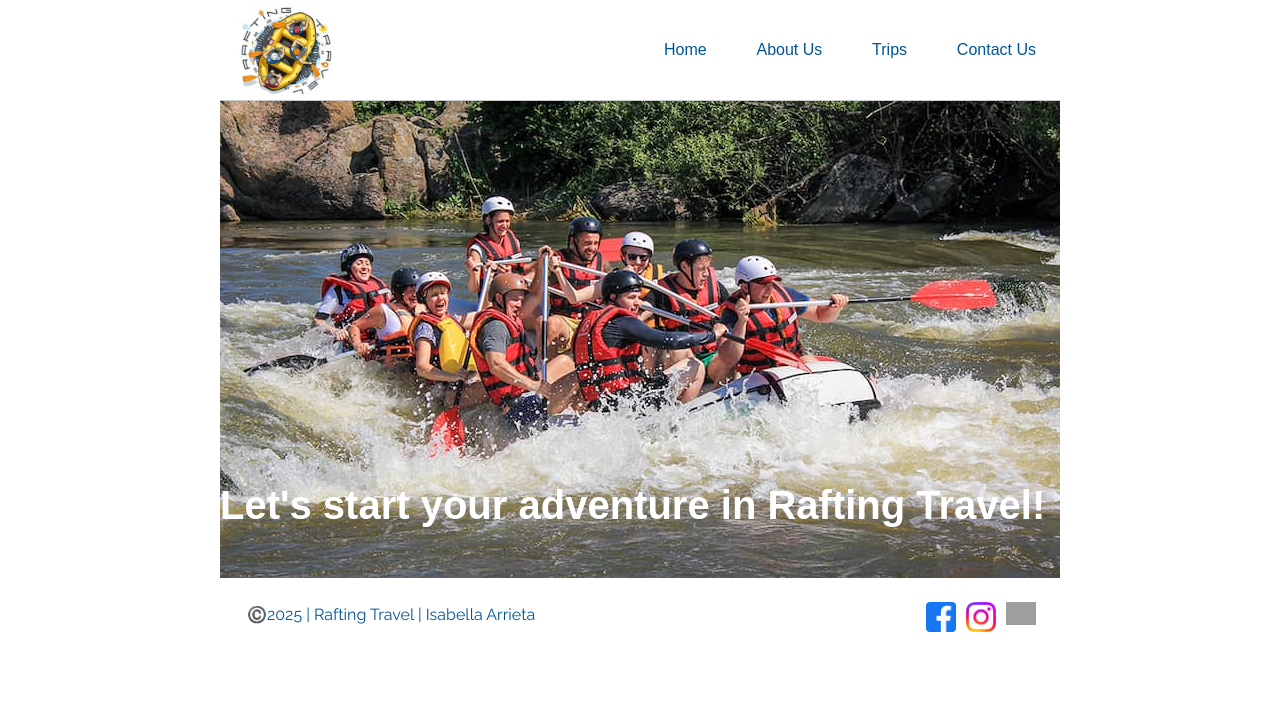
Repository: isaAJ05/wdd130
Page: wwr/index.html
An editor plug-in stored every save of this project. The page is shown before and after the next save, followed by the edit.
The browser window is 1280 px wide. The pictures show the whole page.
Pictures or frames that could not be fetched are drawn as grey boxes. Some web fonts or font styles are not loaded; a fallback is used.

Above is the page before, as saved 2025-06-16 20:04:51.

After the next save:
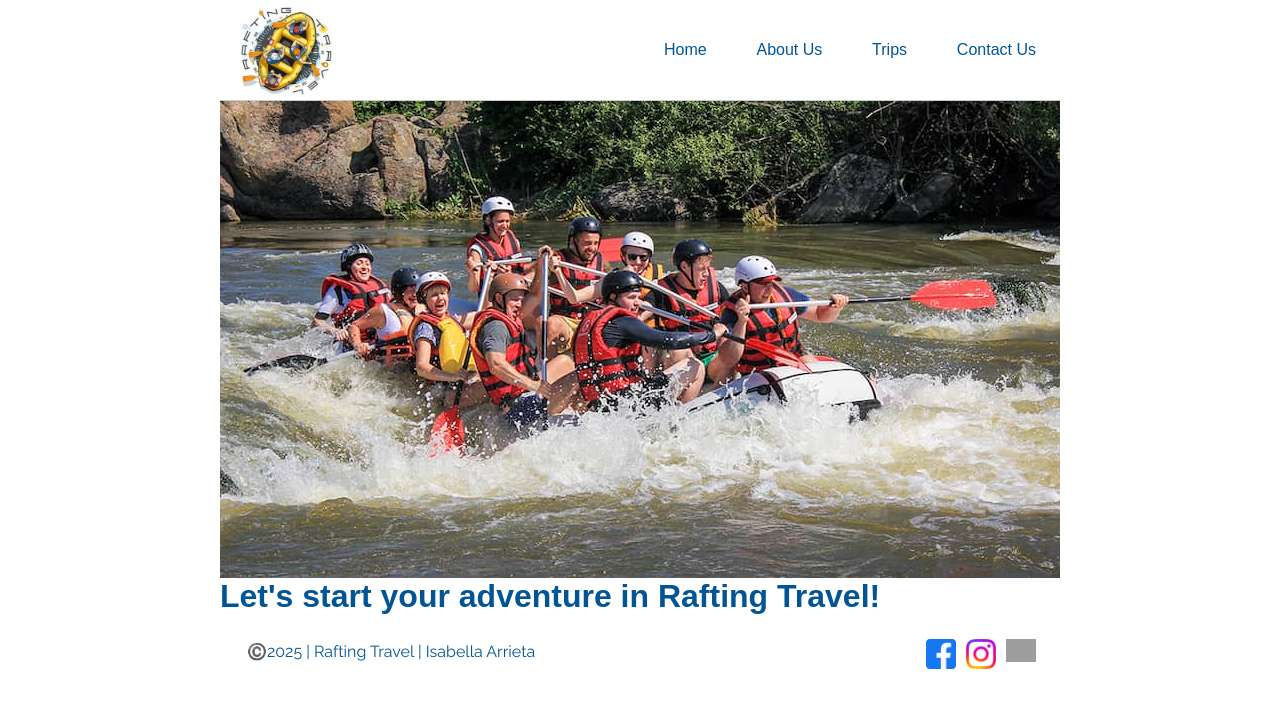
Saved 15 s later.
--- a/wwr/styles/rafting.css
+++ b/wwr/styles/rafting.css
@@ -466,7 +466,7 @@
   width: 100%;
   display: block;
 }
-.hero h1 {
+.hero h2 {
   position: absolute;
   top: 80%;
   color: white;

After the save that followed:
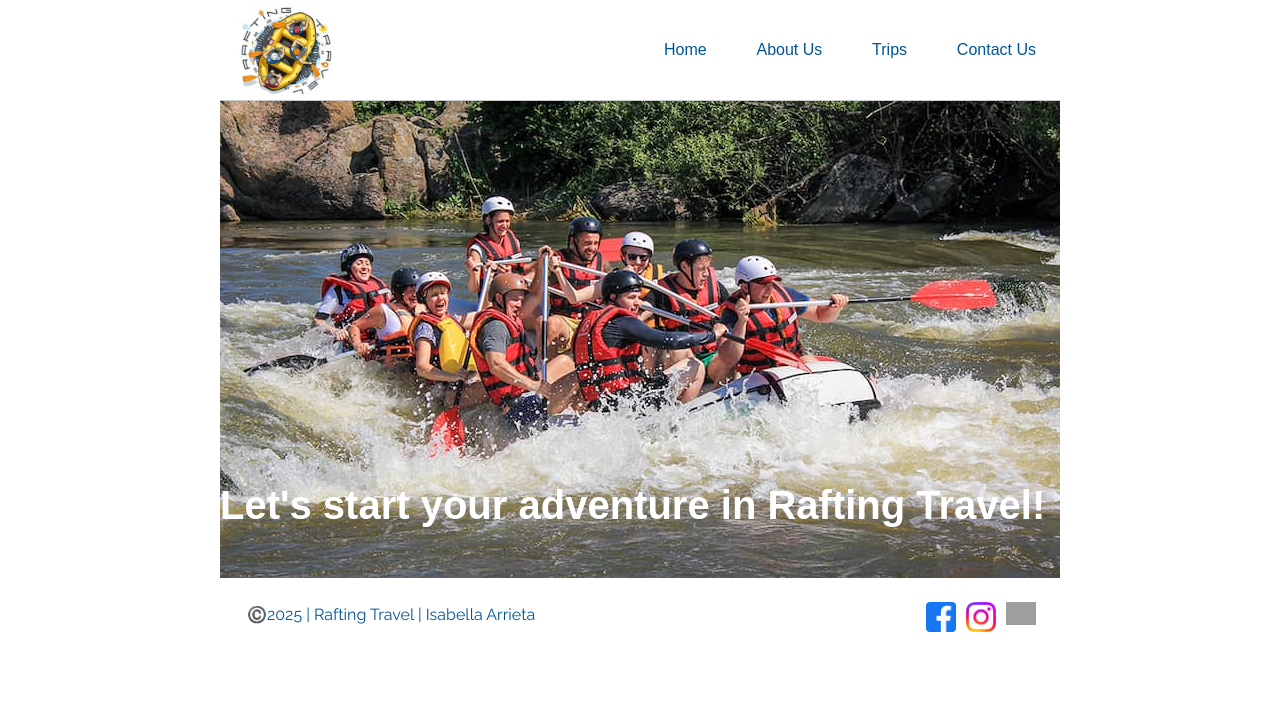
Saved 20 s later.
--- a/wwr/styles/rafting.css
+++ b/wwr/styles/rafting.css
@@ -466,7 +466,7 @@
   width: 100%;
   display: block;
 }
-.hero h2 {
+.hero h1 {
   position: absolute;
   top: 80%;
   color: white;
